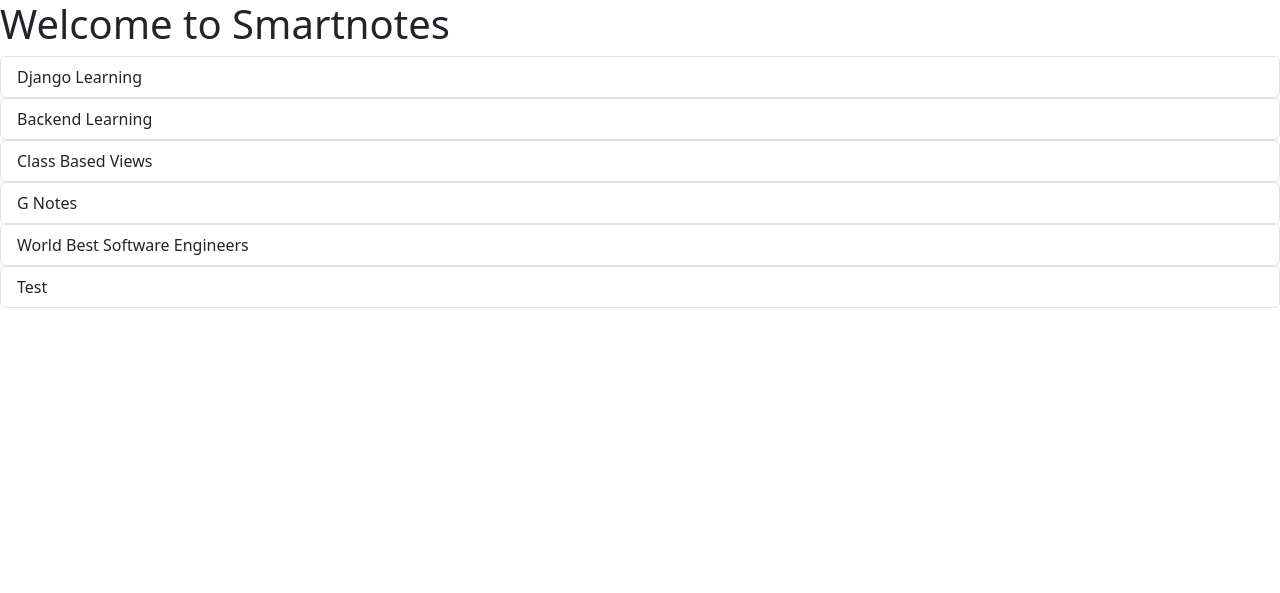
Repository: Mbote-Joseph/Django-Recap
Page: http://localhost/notes
The author's editor kept a copy of each file at every save. The page is drawn from the files as they stood at one save, then again after the next save.
The browser window is 1280 px wide. The pictures show the whole page.
The page is served by the project's application, run on Django 5.2 (manage.py). Other server files are loaded and not shown. The page reads the database file committed with the project.

Above is the page before, as saved 2025-12-13 14:42:46.

### smartnotes/notes/templates/notes/notes_list.html
{% extends "base.html" %}


{% block content %}
        <h1>Welcome to Smartnotes</h1>
        {% for note in notes %}
            <ul class="list-group">
                <li class="list-group-item">{{note.title}} </li>

            </ul>
        {% endfor %}

{% endblock %}

### smartnotes/static/templates/base.html
{% load static %}

<!doctype html>
<html lang="en">
  <head>
    <meta charset="utf-8">
    <meta name="viewport" content="width=device-width, initial-scale=1">
    <title> Django Home </title>
    <link href="https://cdn.jsdelivr.net/npm/bootstrap@5.3.8/dist/css/bootstrap.min.css" rel="stylesheet" integrity="sha384-sRIl4kxILFvY47J16cr9ZwB07vP4J8+LH7qKQnuqkuIAvNWLzeN8tE5YBujZqJLB" crossorigin="anonymous">
  </head>
  <body>
    {% block content %}

      {% endblock %}
    <script src="https://cdn.jsdelivr.net/npm/bootstrap@5.3.8/dist/js/bootstrap.bundle.min.js" integrity="sha384-FKyoEForCGlyvwx9Hj09JcYn3nv7wiPVlz7YYwJrWVcXK/BmnVDxM+D2scQbITxI" crossorigin="anonymous"></script>
  </body>
</html>

### smartnotes/notes/models.py
from django.db import models

# Create your models here.
class Notes(models.Model):
    title = models.CharField(max_length=200)
    text = models.TextField()
    created = models.DateTimeField(auto_now_add=True)
    likes = models.PositiveSmallIntegerField(default=0)

### smartnotes/notes/views.py
from django.shortcuts import render
from django.db import models
from django.template.context_processors import request
from django.http import Http404
from django.apps import apps
from django.views.generic import ListView, DetailView

from .models import Notes
# Create your views here.

class NotesListView(ListView):
    model = Notes
    context_object_name = "notes"
    template_name = 'notes/notes_list.html'

class PopularNotesListView(ListView):
    model = Notes
    context_object_name = "notes"
    template_name = 'notes/notes_list.html'
    queryset = Notes.objects.filter(likes__gt = 3)

class NotesDetailView(DetailView):
    model = Notes
    context_object_name = "note"
    template_name = 'notes/note_detail.html'

# def list(request):
#     all_notes = Notes.objects.all()
#     return render(request, 'notes/notes_list.html', {'notes': all_notes})

# def note_details(request, pk):
#     try:
#         note_detail = Notes.objects.get(pk=pk)
#     except Notes.DoesNotExist:
#         raise Http404("Note Doesn't exist")
#     return render(request, 'notes/note_detail.html', {'note_detail': note_detail})

### smartnotes/smartnotes/urls.py
"""
URL configuration for smartnotes project.

The `urlpatterns` list routes URLs to views. For more information please see:
    https://docs.djangoproject.com/en/6.0/topics/http/urls/
Examples:
Function views
    1. Add an import:  from my_app import views
    2. Add a URL to urlpatterns:  path('', views.home, name='home')
Class-based views
    1. Add an import:  from other_app.views import Home
    2. Add a URL to urlpatterns:  path('', Home.as_view(), name='home')
Including another URLconf
    1. Import the include() function: from django.urls import include, path
    2. Add a URL to urlpatterns:  path('blog/', include('blog.urls'))
"""
from django.contrib import admin
from django.urls import path, include


urlpatterns = [
    path('admin/', admin.site.urls),
    path('', include("home.urls")),
    path('books', include("books.urls")),
    path('notes', include("notes.urls"))
]

### smartnotes/home/urls.py
# Copyright 2025 josephmbote
#
# Licensed under the Apache License, Version 2.0 (the "License");
# you may not use this file except in compliance with the License.
# You may obtain a copy of the License at
#
#     https://www.apache.org/licenses/LICENSE-2.0
#
# Unless required by applicable law or agreed to in writing, software
# distributed under the License is distributed on an "AS IS" BASIS,
# WITHOUT WARRANTIES OR CONDITIONS OF ANY KIND, either express or implied.
# See the License for the specific language governing permissions and
# limitations under the License.

from django.urls import path
from . import views

urlpatterns = [
    path('home', views.HomeView.as_view()),
    path('', views.WelcomeView.as_view())
]

### smartnotes/books/urls.py
from django.urls import path
from . import views

urlpatterns = [
    path('',views.BooksListView.as_view()),
    path('/<int:pk>',views.BookDetailsView.as_view()),
    # path('/bookform', views.BookCreateView.as_view())
]

### smartnotes/notes/urls.py
from notes.views import PopularNotesListView
# Copyright 2025 josephmbote
#
# Licensed under the Apache License, Version 2.0 (the "License");
# you may not use this file except in compliance with the License.
# You may obtain a copy of the License at
#
#     https://www.apache.org/licenses/LICENSE-2.0
#
# Unless required by applicable law or agreed to in writing, software
# distributed under the License is distributed on an "AS IS" BASIS,
# WITHOUT WARRANTIES OR CONDITIONS OF ANY KIND, either express or implied.
# See the License for the specific language governing permissions and
# limitations under the License.

from django.urls import path
from . import views

urlpatterns = [
    path('', views.NotesListView.as_view()),
    path('/<int:pk>', views.NotesDetailView.as_view()),
    path('/popular', views.PopularNotesListView.as_view())
]

### smartnotes/db.sqlite3 (the tables this page reads, as SQL)
CREATE TABLE "notes_notes" ("id" integer NOT NULL PRIMARY KEY AUTOINCREMENT, "title" varchar(200) NOT NULL, "text" text NOT NULL, "created" datetime NOT NULL, "likes" smallint unsigned NOT NULL CHECK ("likes" >= 0), "user_id" integer NOT NULL REFERENCES "auth_user" ("id") DEFERRABLE INITIALLY DEFERRED, "is_public" bool NOT NULL);
INSERT INTO "notes_notes" VALUES
(1, 'Django Learning', 'Django is very interesting', '2025-12-12 15:42:57.632563', 0, 1, 0),
(2, 'Backend Learning', 'This course will help me to develop Systems Backends', '2025-12-12 15:49:53.115529', 8, 1, 0),
(3, 'Class Based Views', 'The Class Based Views  with Many Likes', '2025-12-12 20:44:22.586927', 6, 1, 0),
(5, 'G Notes', 'your personal Notes', '2025-12-13 20:24:58.680277', 6, 1, 0),
(6, 'World Best Software Engineers', 'The world News Days Test', '2025-12-13 21:41:37.641205', 10, 1, 0),
(7, 'Test', 'test', '2025-12-13 23:05:00.121196', 7, 2, 0);

After the next save:
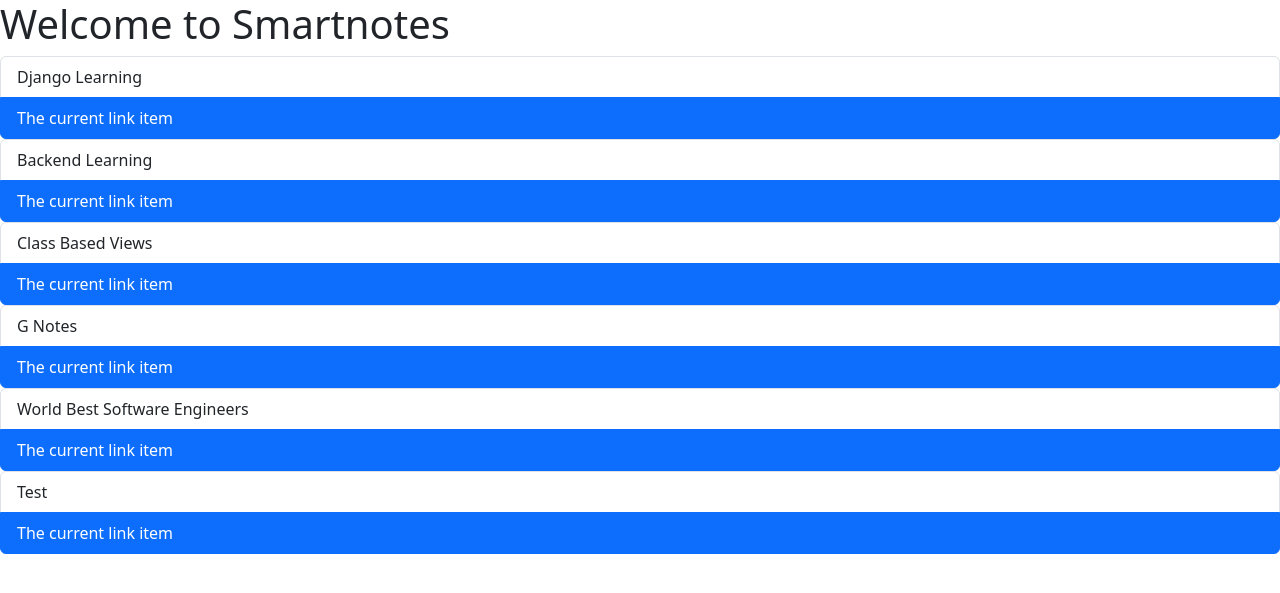
Saved 45 s later.
--- a/smartnotes/notes/templates/notes/notes_list.html
+++ b/smartnotes/notes/templates/notes/notes_list.html
@@ -4,10 +4,12 @@
 {% block content %}
         <h1>Welcome to Smartnotes</h1>
         {% for note in notes %}
-            <ul class="list-group">
+            <div class="list-group">
                 <li class="list-group-item">{{note.title}} </li>
-
-            </ul>
+                <a href="#" class="list-group-item list-group-item-action active" aria-current="true">
+                    The current link item
+                </a>
+            </div>
         {% endfor %}
 
 {% endblock %}

After the save that followed:
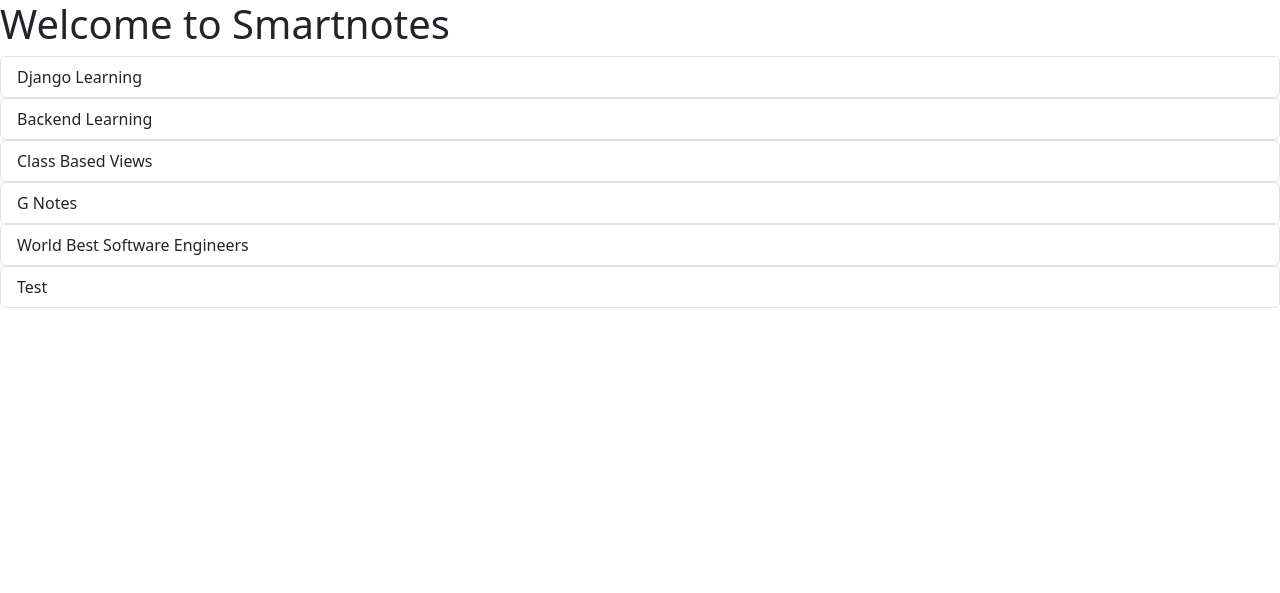
Saved 42 s later.
--- a/smartnotes/notes/templates/notes/notes_list.html
+++ b/smartnotes/notes/templates/notes/notes_list.html
@@ -5,9 +5,8 @@
         <h1>Welcome to Smartnotes</h1>
         {% for note in notes %}
             <div class="list-group">
-                <li class="list-group-item">{{note.title}} </li>
-                <a href="#" class="list-group-item list-group-item-action active" aria-current="true">
-                    The current link item
+                <a href="#" class="list-group-item list-group-item-action" aria-current="true">
+                    {{note.title}}
                 </a>
             </div>
         {% endfor %}
